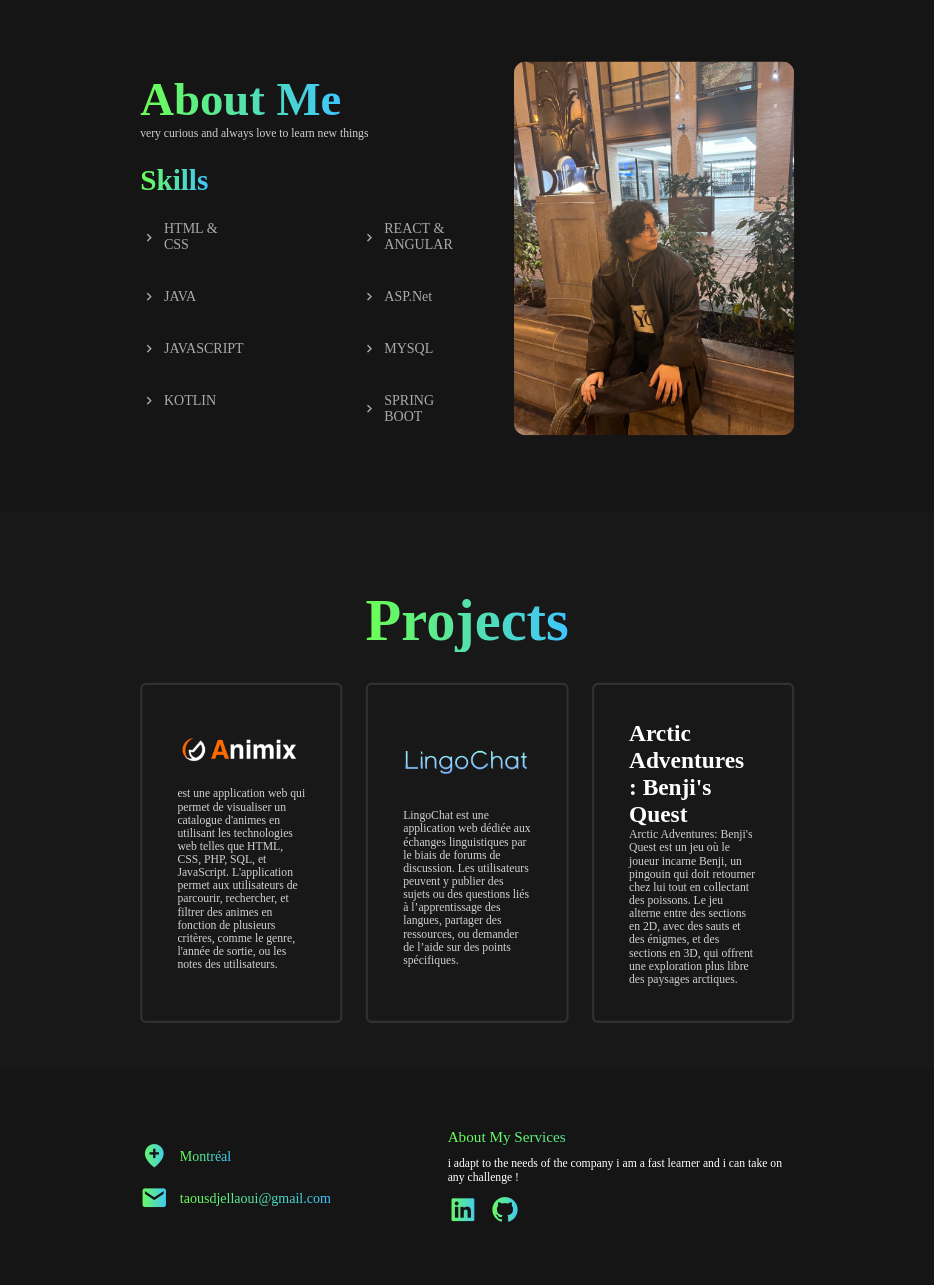
Repository: taousdjellaoui/portfolio-
Page: index.html
An editor plug-in stored every save of this project. The page is shown before and after the next save, followed by the edit.
The browser window is 1280 px wide. The pictures show the part of the page from y = 740 to 2500 px (the page is 2500 px tall), at 73% of full size.
A picture or video elsewhere on the page could not be fetched, so the positions and the page height are approximate.

Above is the page before, as saved 2024-10-09 20:46:11.

After the next save:
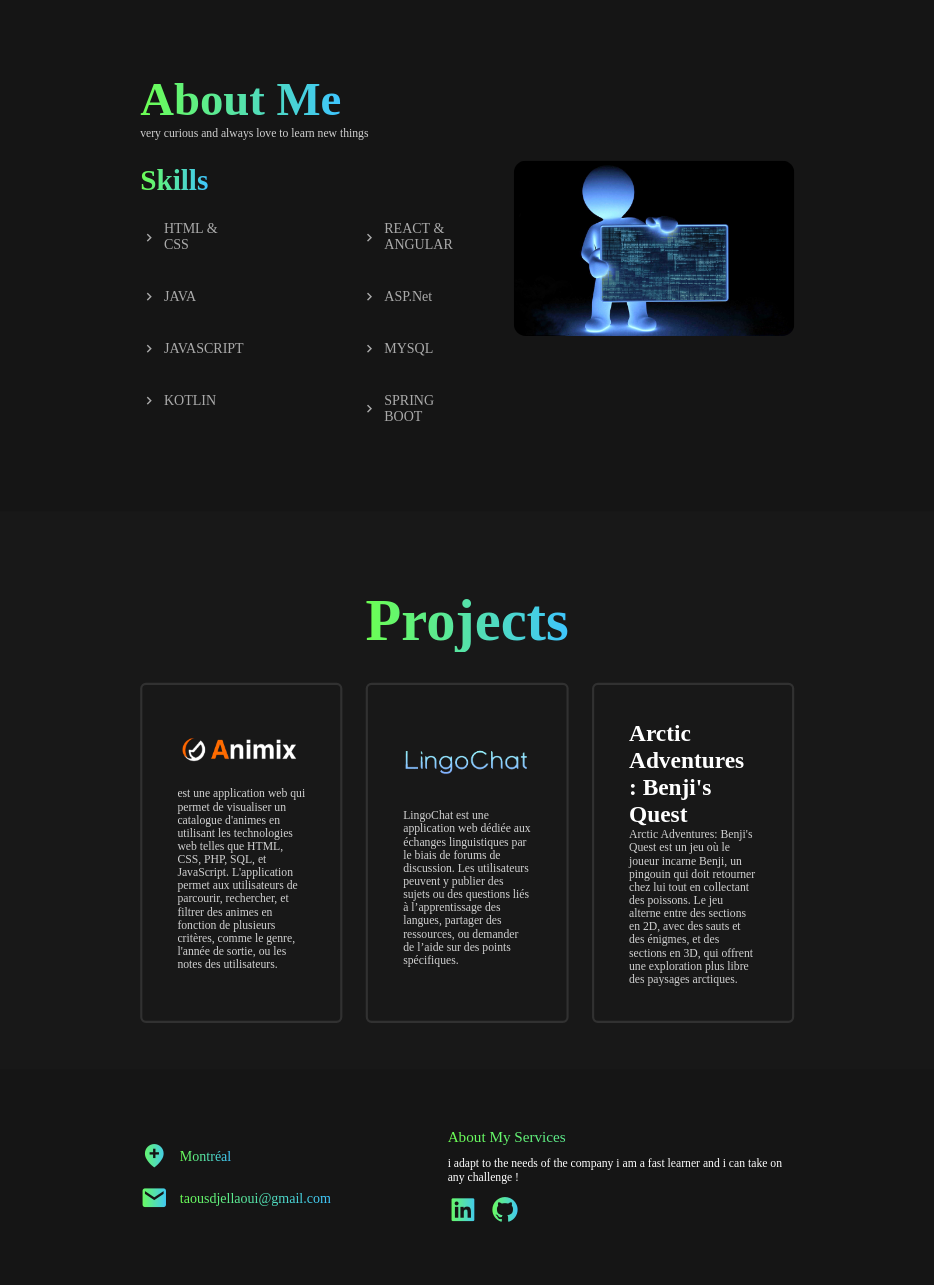
Saved 5 min 54 s later.
--- a/index.html
+++ b/index.html
@@ -72,7 +72,7 @@
         </div>
 
       </div>
-      <img src="images/image.jpg" alt="">
+      <img src="images/Computer-Science-Pictures.jpg" alt="">
     </section>
     <section id="projects">
       <h1 class="header"><span>Projects</span></h1>
